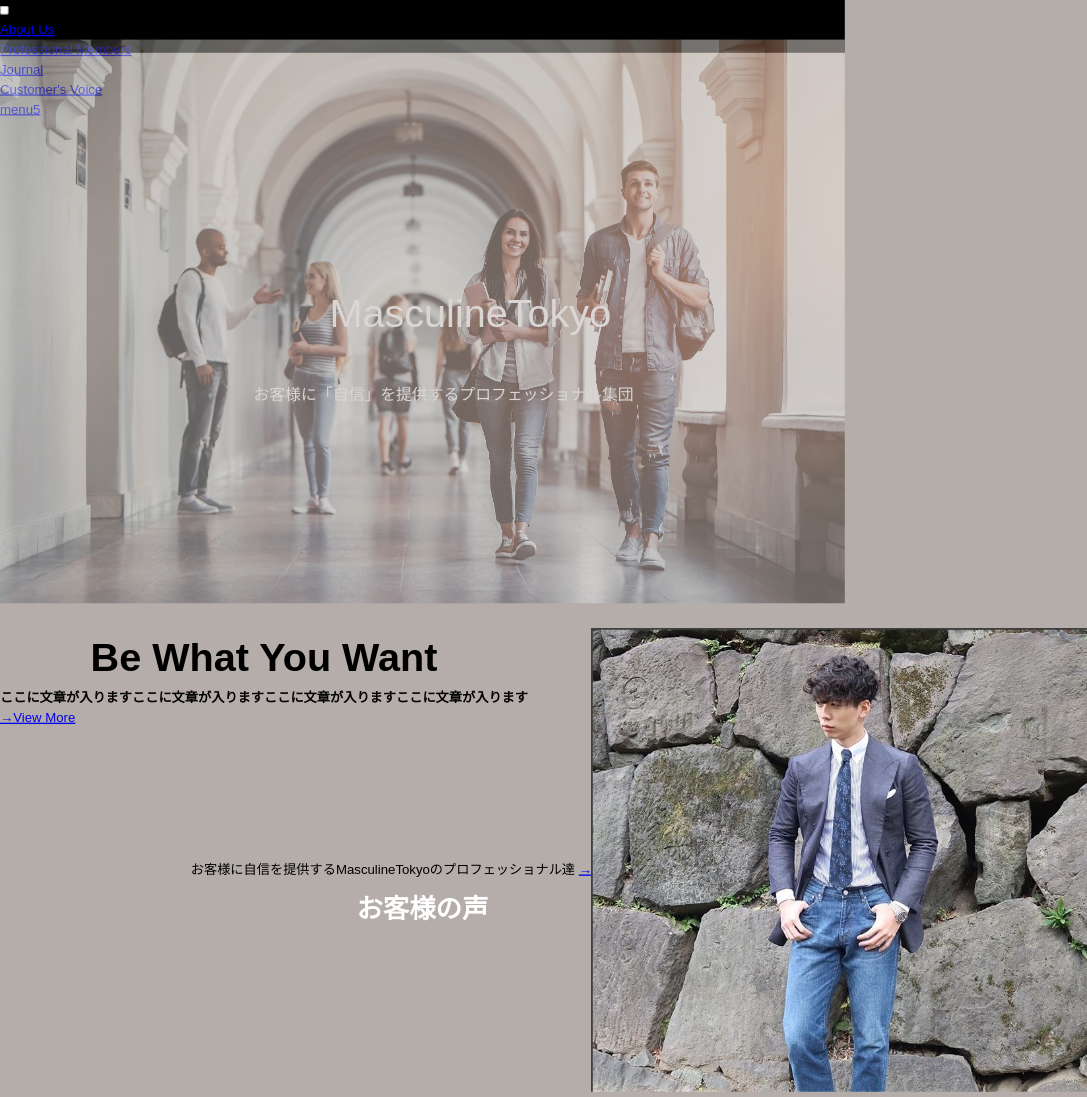
Repository: takumi-kojima0901/js.practice
Page: MasculineTokyo HP/MasculineTokyo.html
The author's editor kept a record of every edit. The page is drawn from the files as they stood at one moment, then again after the next edit.
The browser window is 1280 px wide. The page is 1647 px wide, so the pictures cover 1647 px, including what lies to the right of the window. The pictures show the whole page, at 66% of full size.

Above is the page before.

### MasculineTokyo HP/MasculineTokyo.html
<!DOCTYPE html>
<html>
  <head>
    <meta charset="UTF-8">
    <title>Masculine Tokyo～お客様に「自信」を提供するプロフェッショナル集団～</title>
     <link rel="Masculine stylesheet" href="Masculine stylesheet.css">
  </head>

  <!–メニューボタン作成*/–>
  <header>
  <div id="nav-drawer">
      <input id="nav-input" type="checkbox" class="nav-unshown">
      <label id="nav-open" for="nav-input"><span></span></label>
      <label class="nav-unshown" id="nav-close" for="nav-input"></label>
      <div id="nav-content">
		<ul>
		<li><a href="#">About Us</a></li>
		<li><a href="#">Professional Members</a></li>
		<li><a href="#">Journal</a></li>
		<li><a href="#">Customer's Voice</a></li>
		<li><a href="#">menu5</a></li>
		</ul>
      </div>
  </div>
</header>
  <!–メニューボタン作成終了*/–>

  <body>
      <body bgcolor="#DDDDDD">

　　　<div class="text-image">
  　　　　<img src="corridor.jpg" alt="文字の代替">
  　　　　<p>MasculineTokyo</p>
  　 　　<p2>お客様に「自信」を提供するプロフェッショナル集団</p2>
　　　</div>

     <div class="clearfix">
       <div class="text-box-BeWhatYouWant">
         <h1 class=Catch_Phrase>
         Be What You Want
         </h1>
         <h2 class=setumei>
         ～なりたい自分になる～
         </h2>
         <h3 class="text-mas1">
         ここに文章が入りますここに文章が入りますここに文章が入りますここに文章が入ります
         </h3>
         <a href="#">
             →View More
         </a>
      </div>
        <div class="BeWhat">
              <img src="kasamatsu.jpg">
        </div>
     </div>

      <div class="members">
         <h2 class=Our_Members>
         Our Members
         </h2>
        <p class="text-mas1">
         お客様に自信を提供するMasculineTokyoのプロフェッショナル達

        <a href="#">
            →View More
        </a>
      </div>

     <div class="case">
         <h1 class=costomer>お客様の声<h2>





  </body>
</html>

### MasculineTokyo HP/Masculine stylesheet.css
@charset "utf-8";

body {
	margin: 0;
	padding: 0;
	font-family: "ヒラギノ角ゴ Pro W3", "Hiragino Kaku Gothic Pro", "メイリオ", Meiryo, Osaka, "ＭＳ Ｐゴシック", "MS PGothic", sans-serif;
	color: #333;
	font-size: 20px;
	line-height: 150%;
}

/*ここからはメニューボタンの装飾*/

* {
  margin: 0;
  padding: 0;
  }
body {
  background: #b4ada9;
}
header {
  position: fixed;
  width: 100%;
  height: 80px;
  background: #000000;
}
#nav{
  position: absolute;
  height: 100vh;
  width: 40%;
  left: -40%;
  top: 0;
  background: #ffffff;
  transition: .7s;
}
#nav ul{
  padding-top: 80px;
}
#nav ul li{
  list-style-type: none;
  font-size: 20px;
}
#nav a{
  display: block;
  text-decoration: none;
  color: #000000;
  margin: 0 15px;
  padding: 10px;
  transition: .5s;
}
#nav li a:hover{
  color: #ffffff;
  background: #cd5c5c;
  border-bottom: none;
}
#hamburger {
  display: block;
  position: absolute;
  top: 20px;
  left: 30px;
  width: 50px;
  height: 44px;
  cursor: pointer;
  transition: 1s;
}
.inner_line {
  display: block;
  position: absolute;
  left: 0;
  width: 50px;
  height: 3px;
  background-color: #ffffff;
  transition: 1s;
  border-radius: 4px;
}
#line1 {
  top: 0;
}
#line2 {
  top: 20px;
}
#line3 {
  bottom: 0px;
}
h1, h2 {
  text-align: center;
  line-height: 90px;
  color: #ffffff;
}
h2 {
  display: none;
}
p {
  padding-top: 200px;
  text-align: center;
}
.in{
  transform: translateX(100%);
}
.line_1,.line_2,.line_3{
  background: #000000;
}
.line_1 {
  transform: translateY(20px) rotate(-45deg);
  top: 0;
}
.line_2 {
  opacity: 0;
}
.line_3 {
  transform: translateY(-20px) rotate(45deg);
  bottom: 0;
}

@media screen and (max-width: 480px) {
  #nav ul li {
    font-size: 14px;
  }
  h1 {
    display: none;
  }
  h2 {
    display: block;
    font-size: 14px;
  }
}

/*ここまでメニューボタンの装飾*/

.text-image {
  position: relative;
  width: 100%;
  opacity: 0.5;
}

.text-image img {
  width: 100%;
}


.text-image p {
  position: absolute;
  top: 25%;
  font-size: 60px;
  color: #ffffff;
  text-align: center;
  left: 39%
}

.text-image p2 {
  position: absolute;
  top: 60%;
  font-size: 24px;
  color: #ffffff;
  text-align: center;
  left: 30%
}

.clearfix::after {
   content: "";
   display: block;
   clear: both;
}

.text-box-BeWhatYouWant {
 float: left;
}

.Catch_Phrase {
	color: black;
	font-size: 60px;
}

.setumei {
  color: black;
	font-size: 36px;
}

.text-mas1 {
  color: black;
	font-size: 20px;
}


.BeWhat {            /*1枚目の写真*/
  position:absolute;
	right:10%;
  width:20% ;
  float: left;
  }


/* "#" で始まる内部リンク */
a[href="#1"] {
		background-color: gold;
}

a[href="#2"] {
		background-color: gold;
}

.Our_Members {
	color: black;
	font-size: 60px;
	text-align: right ;
	position:absolute;
	right:10%;
}

After the next edit:
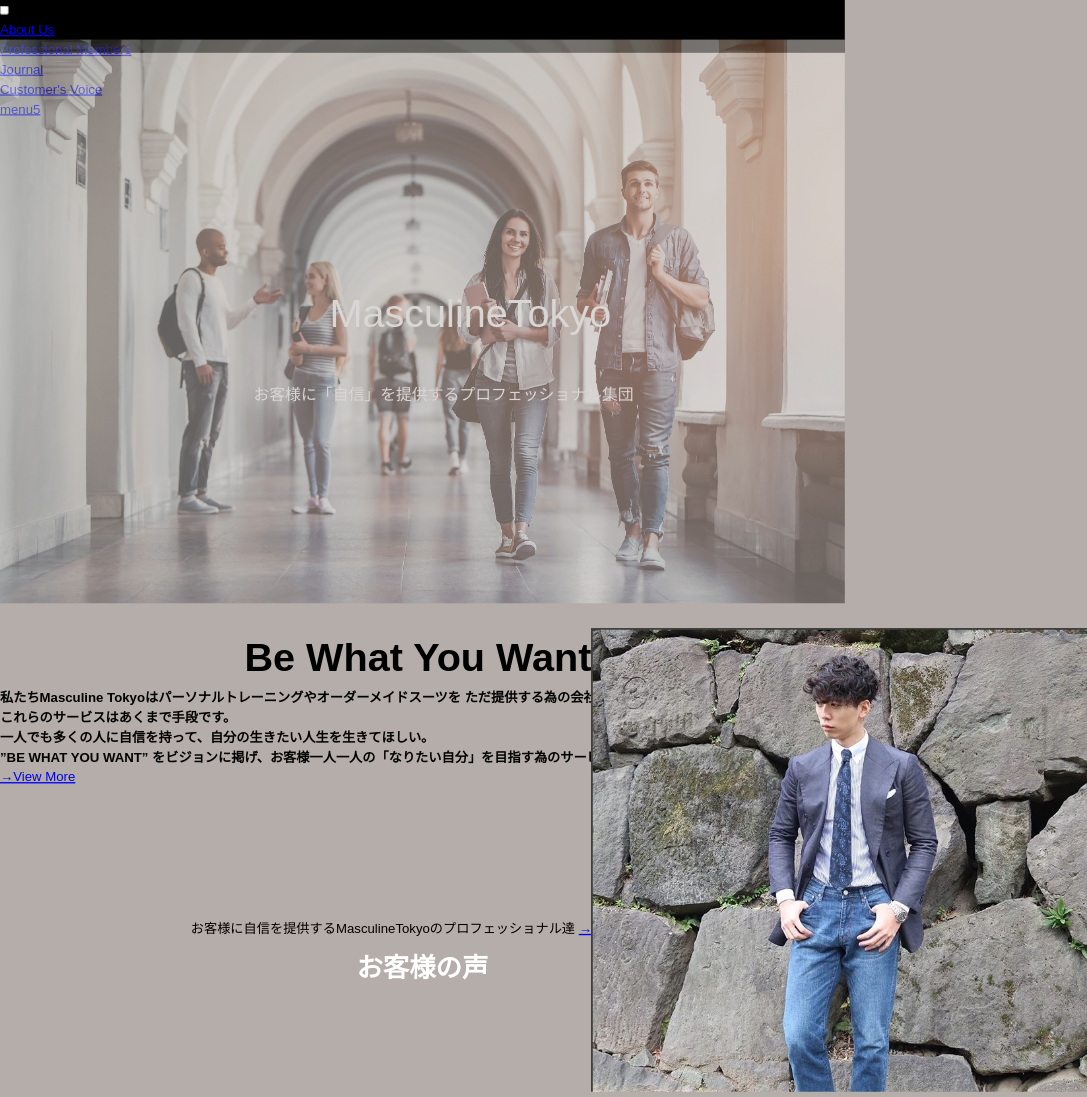
The edit:
--- a/MasculineTokyo HP/MasculineTokyo.html
+++ b/MasculineTokyo HP/MasculineTokyo.html
@@ -36,14 +36,14 @@
 
      <div class="clearfix">
        <div class="text-box-BeWhatYouWant">
-         <h1 class=Catch_Phrase>
-         Be What You Want
-         </h1>
-         <h2 class=setumei>
-         ～なりたい自分になる～
-         </h2>
+         <h1 class=Catch_Phrase> Be What You Want</h1>
+         <h2 class=setumei> ～なりたい自分になる～</h2>
          <h3 class="text-mas1">
-         ここに文章が入りますここに文章が入りますここに文章が入りますここに文章が入ります
+         私たちMasculine Tokyoはパーソナルトレーニングやオーダーメイドスーツを
+         ただ提供する為の会社ではありません。<br>これらのサービスはあくまで手段です。<br>
+        一人でも多くの人に自信を持って、自分の生きたい人生を生きてほしい。<br>
+        ”BE WHAT YOU WANT” をビジョンに掲げ、お客様一人一人の「なりたい自分」を目指す為のサービスをブランドとして提供する会社です。
+
          </h3>
          <a href="#">
              →View More
